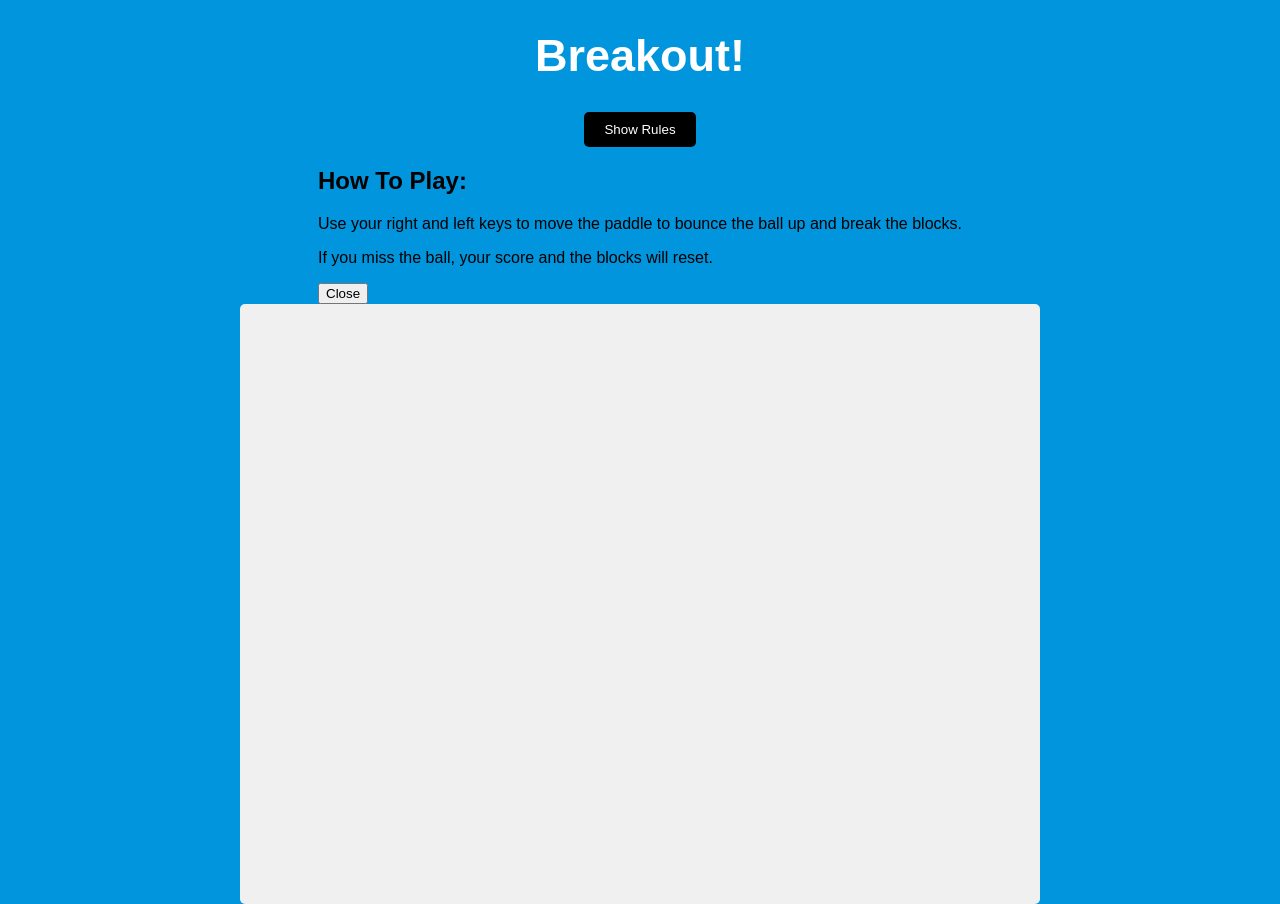
Repository: JackyZzZz/BREAKOUT-GAME
Page: index.html
An editor plug-in stored every save of this project. The page is shown before and after the next save, followed by the edit.
The browser window is 1280 px wide. The pictures show the whole page.
The pointer rests on the first visible `.btn`.

Above is the page before, as saved 2023-09-04 20:40:26.

### index.html
<!DOCTYPE html>
<html lang="en">
<head>
    <meta charset="UTF-8">
    <meta name="viewport" content="width=device-width, initial-scale=1.0">
    <meta http-equiv="" content="X-UA-Compatible" content="ie=edge">
    <link rel="stylesheet" href="style.css">
    <title>Breakout!</title>
</head>
<body>
    <h1>Breakout!</h1>
    <button id="rules-btn" class="btn rules-btn">Show Rules</button>
    <div id="rules" class="rules">
        <h2>How To Play:</h2>
        <p>
            Use your right and left keys to move the paddle to bounce the ball up and break the blocks.
        </p>
        <p>If you miss the ball, your score and the blocks will reset.</p>
        <button id="close-btn" class="close-btn">Close</button>
    </div>

    <canvas id="canvas" width="800" height="600"></canvas>

    <script src="script.js"></script>
</body>
</html>

### style.css
* {
    box-sizing: border-box;
}

body {
    background-color: #0095dd;
    display: flex;
    flex-direction: column;
    align-items: center;
    justify-content: center;
    font-family: Arial, Helvetica, sans-serif;
    min-height: 100vh;
    margin: 0;
}

h1 {
    font-size: 45px;
    color: #fff
}

canvas {
    background-color: #f0f0f0;
    display: block;
    border-radius: 5px;
}

.btn {
    cursor: pointer;
    border: 0;
    padding: 10px 20px;
    background-color: #000;
    color: #fff;
    border-radius: 5px;
}

.btn:focus {
    outline: 0;
}

Loaded but not shown: script.js (no copy from this time; the picture is the same without it)

After the next save:
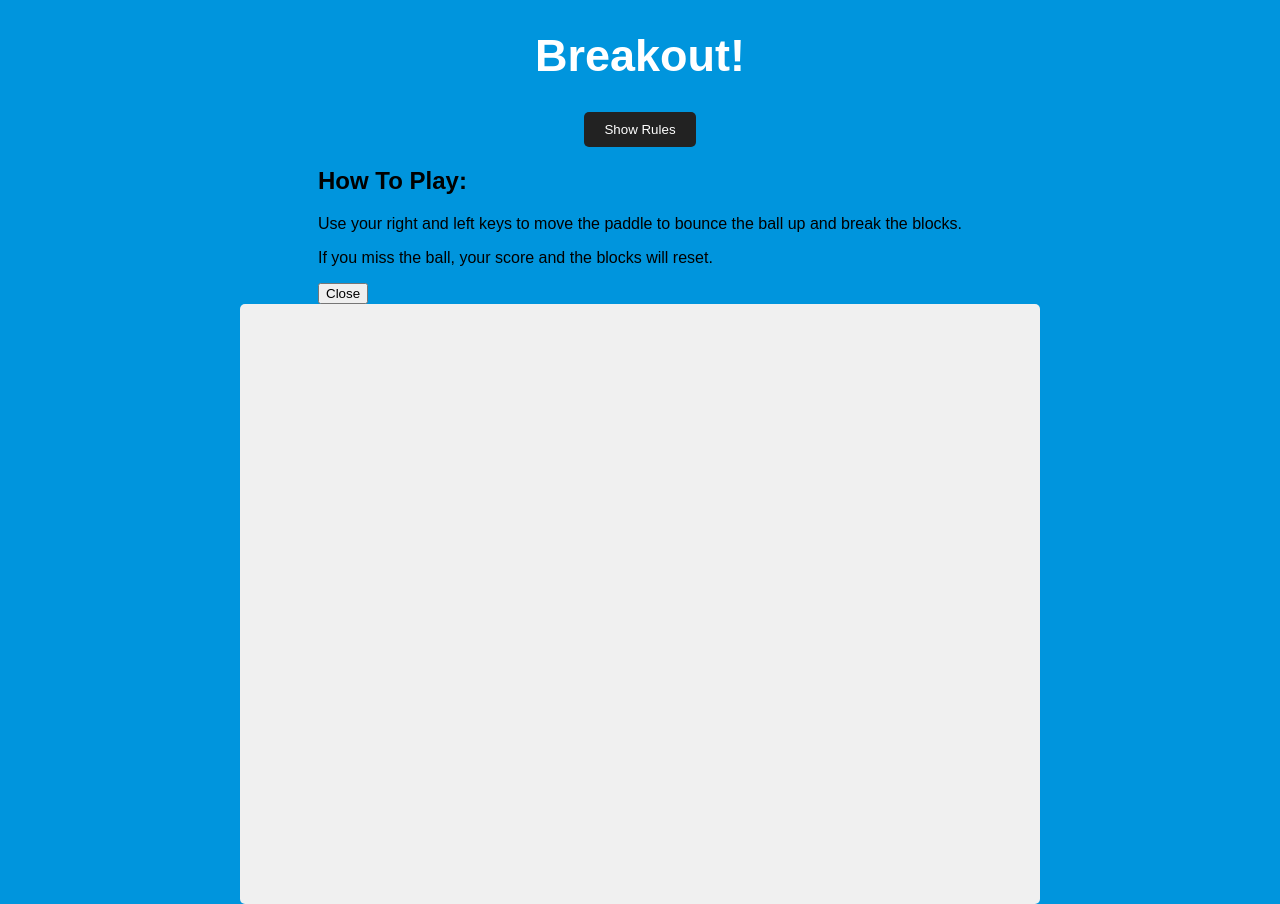
Saved 20 s later.
--- a/style.css
+++ b/style.css
@@ -36,3 +36,7 @@ canvas {
 .btn:focus {
     outline: 0;
 }
+
+.btn:hover {
+    background: #222;
+}
